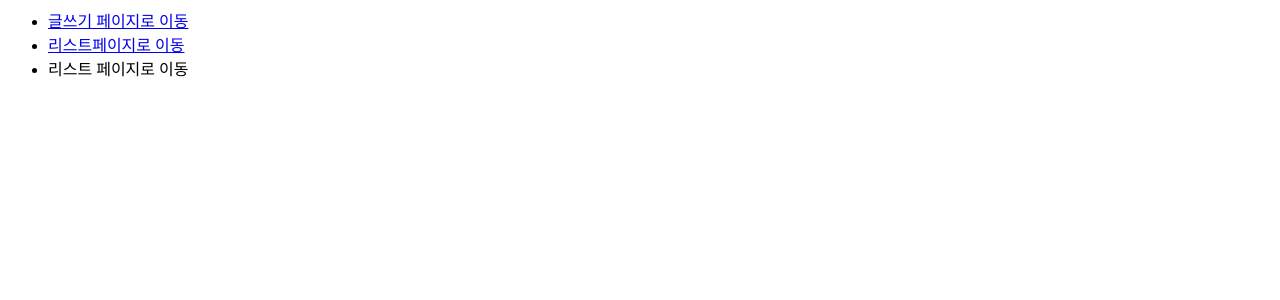
Repository: lty516/jspwork
Page: http://localhost/DBproject/v1/PostProc.jsp
The author's editor kept a copy of each file at every save. The page is drawn from the files as they stood at one save, then again after the next save.
The browser window is 1280 px wide. The pictures show the whole page.
The page is served by Tomcat 9. Other server files are loaded and not shown.

Above is the page before, as saved 2020-08-19 00:57:29.

### DBproject/WebContent/v1/PostProc.jsp
<%@ page contentType="text/html; charset=EUC-KR"%>
<%@page import="java.sql.*"%>

<%
	request.setCharacterEncoding("euc-kr");
	String name = request.getParameter("b_name");
	String email = request.getParameter("b_email");
	String homepage = request.getParameter("b_homepage");
	String subject = request.getParameter("b_subject");
	String content = request.getParameter("b_content");
	String pass = request.getParameter("b_pass");
	String ip = request.getParameter("b_ip");


	//out.println(name +", " + email +", " + homepage + ", " + subject +", "  + content + ", " + pass + "," + ip);
%>

         <%
   Connection con = null;
   PreparedStatement stmt = null; //쿼리문과 데이터를 따로따로 전송

   try{
      Class.forName("com.mysql.jdbc.Driver");
      String url = "jdbc:mysql://localhost:3306/jspdb";
      con = DriverManager.getConnection(url, "root", "1111");

      String sql = "insert into tblboard(b_name, b_email, b_homepage, b_subject," +
    		  	   "b_content, b_pass, b_count, b_ip, b_regdate, b_pos, b_depth)" +
      			   "values(?, ?, ?, ?, ?, ?, 0, ?, now(), 0, 0);";

      stmt = con.prepareStatement(sql);

      stmt.setString(1,name);
      stmt.setString(2,email);
      stmt.setString(3,homepage);
      stmt.setString(4,subject);
      stmt.setString(5,content);
      stmt.setString(6,pass);
      stmt.setString(7,ip);

      stmt.executeUpdate();
   }
   catch(Exception err){
      err.printStackTrace();
   }
   finally{
      if( con != null){ con.close(); }
      if( stmt != null){ stmt.close(); }

   }
%>

<%
	//response.sendRedirect("List.jsp"); //자동으로 넘어가기

	// 밑에는 수동으로 선택해서 이동
%>
<ul>
	<li><a href="Post.jsp">글쓰기 페이지로 이동</a></li>
	<li><a href="List.jsp">리스트페이지로 이동</a></li>
	<li>리스트 페이지로 이동</li>
</ul>

After the next save:
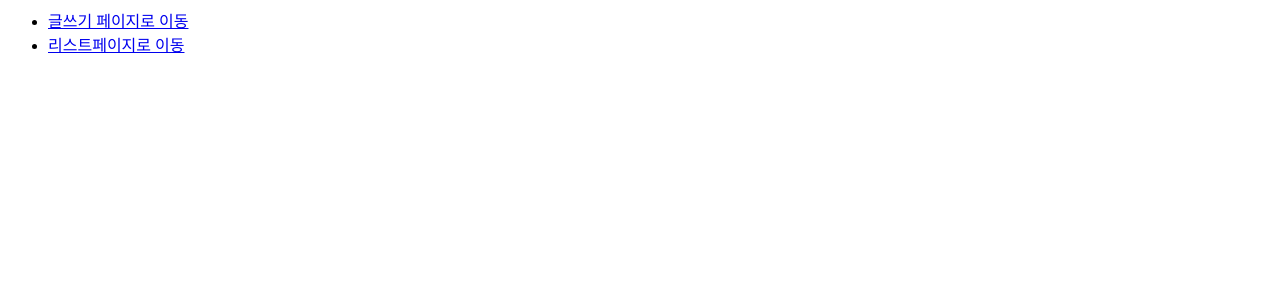
Saved 35 s later.
--- a/DBproject/WebContent/v1/PostProc.jsp
+++ b/DBproject/WebContent/v1/PostProc.jsp
@@ -58,5 +58,4 @@
 <ul>
 	<li><a href="Post.jsp">글쓰기 페이지로 이동</a></li>
 	<li><a href="List.jsp">리스트페이지로 이동</a></li>
-	<li>리스트 페이지로 이동</li>
 </ul>
